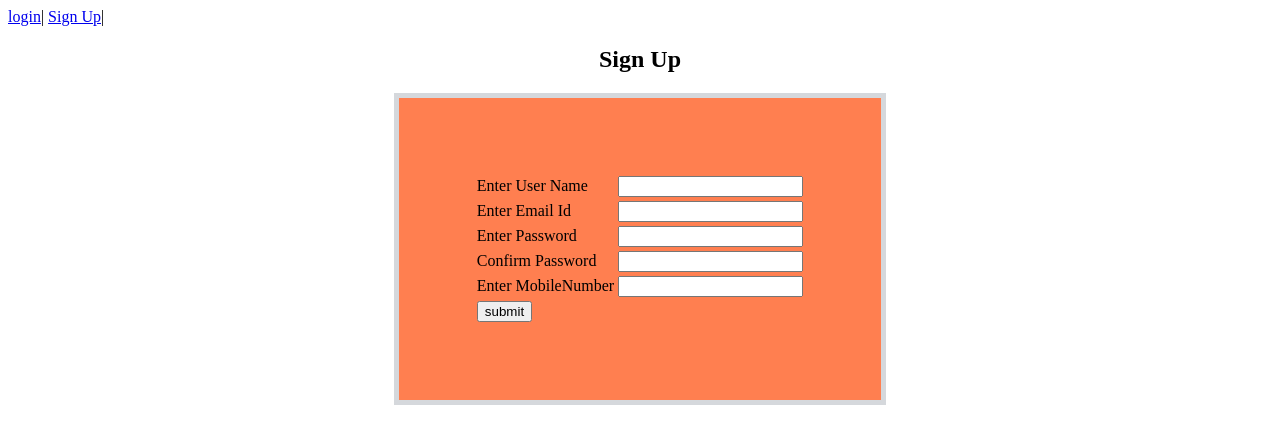
Repository: ashwinipatil321/ServletPrograms
Page: http://localhost/loginAndRegisterServlet/Register.jsp
These files come from the project's save history. The page is drawn as it stood at one moment and after the next save; the edit follows.
The browser window is 1280 px wide. The pictures show the whole page.
The page is served by Tomcat 9. Other server files are loaded and not shown.

Above is the page before, as saved 2017-11-06 12:34:15.

### loginAndRegisterServlet/WebContent/Register.jsp
<%@ page language="java" contentType="text/html; charset=UTF-8"
	pageEncoding="UTF-8"%>
<!DOCTYPE html PUBLIC "-//W3C//DTD HTML 4.01 Transitional//EN" "http://www.w3.org/TR/html4/loose.dtd">
<html>
<head>
<meta http-equiv="Content-Type" content="text/html; charset=UTF-8">
<title>Insert title here</title>

<style type="text/css">
table {
	border: 5px solid #D5D8DC;
	padding: 75px;
	margin: auto;
}

table {
	background-color: coral;
}

.button {
	text-align: center;
	background-color: #4CAF50;
}
</style>
</head>
<body>
	<%@ include file="index.jsp"%>

	<div>
		<center>
			<form action="RegisterServlet" method="post">
				<table border="0">
					<h2>Sign Up</h2>
					<tr>
						<td>Enter User Name</td>
						<td><input type="text" name="UserName"></td>
					</tr>

					<tr>
						<td>Enter Email Id</td>
						<td><input type="text" name="EmailId"></td>
					</tr>


					<tr>
						<td>Enter Password</td>
						<td><input type="password" name="password"></td>
					</tr>


					<tr>
						<td>Confirm Password</td>
						<td><input type="password" name="confirmPassword"></td>
					</tr>

					<tr>
						<td>Enter MobileNumber</td>
						<td><input type="text" name="MobileNumber"></td>
					</tr>
					<center>
						<tr>
							<div style="text-align: center;">
							<td><input type="submit" value="submit" class="submit"
								class="button"></td>
							</div>
						</tr>
					</center>
				</table>
			</form>
	</div>
</body>
</html>

### loginAndRegisterServlet/WebContent/index.jsp
<%@ page language="java" contentType="text/html; charset=UTF-8"
    pageEncoding="UTF-8"%>
<!DOCTYPE html PUBLIC "-//W3C//DTD HTML 4.01 Transitional//EN" "http://www.w3.org/TR/html4/loose.dtd">
<html>
<head>
<meta http-equiv="Content-Type" content="text/html; charset=UTF-8">
<title>Insert title here</title>
</head>
<body>
<a href="login.jsp">login</a>|
<a href="Register.jsp">Sign Up</a>|
</body>
</html>

After the next save:
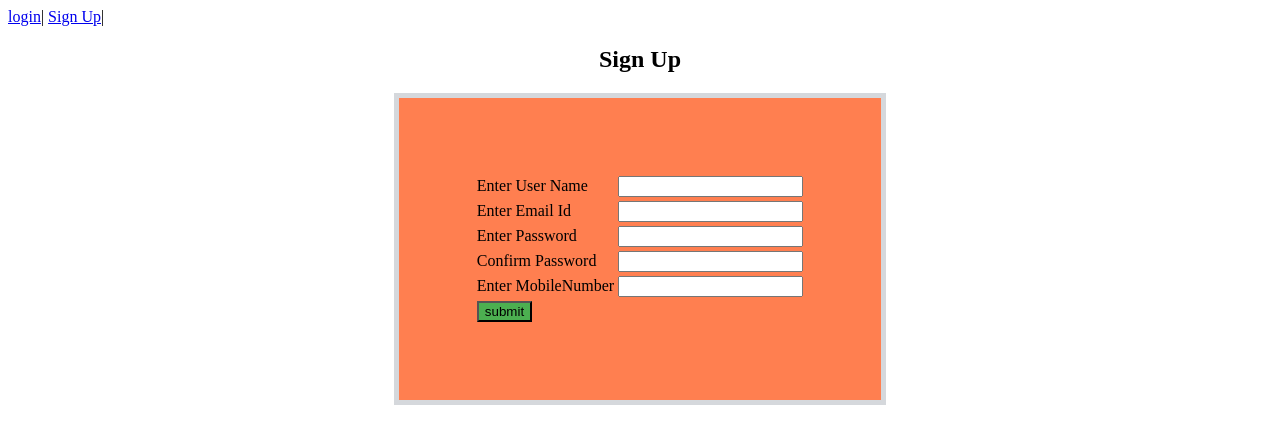
Saved 71 s later.
--- a/loginAndRegisterServlet/WebContent/Register.jsp
+++ b/loginAndRegisterServlet/WebContent/Register.jsp
@@ -17,7 +17,7 @@ table {
 	background-color: coral;
 }
 
-.button {
+.submit {
 	text-align: center;
 	background-color: #4CAF50;
 }
@@ -60,8 +60,7 @@ table {
 					<center>
 						<tr>
 							<div style="text-align: center;">
-							<td><input type="submit" value="submit" class="submit"
-								class="button"></td>
+							<td><input type="submit" value="submit" class="submit"></td>
 							</div>
 						</tr>
 					</center>
